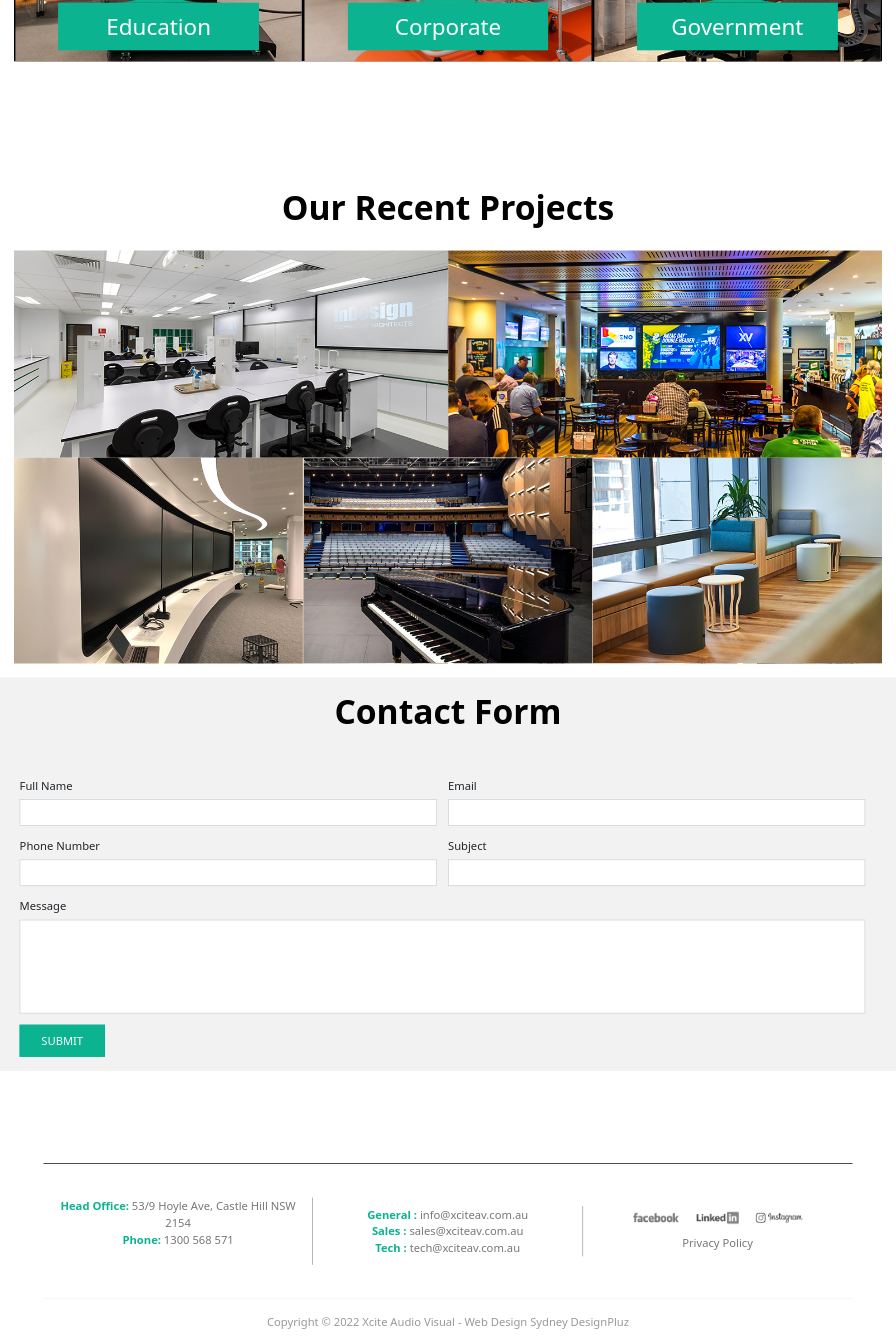
Repository: Imprasna/designplus
Page: index.html
The author's editor kept a copy of each file at every save. The page is drawn from the files as they stood at one save, then again after the next save.
The browser window is 1280 px wide. The pictures show the part of the page from y = 1897 to 3817 px (the page is 3817 px tall before and 3797 px after), at 70% of full size.

Above is the page before, as saved 2022-03-17 00:35:17.

After the next save:
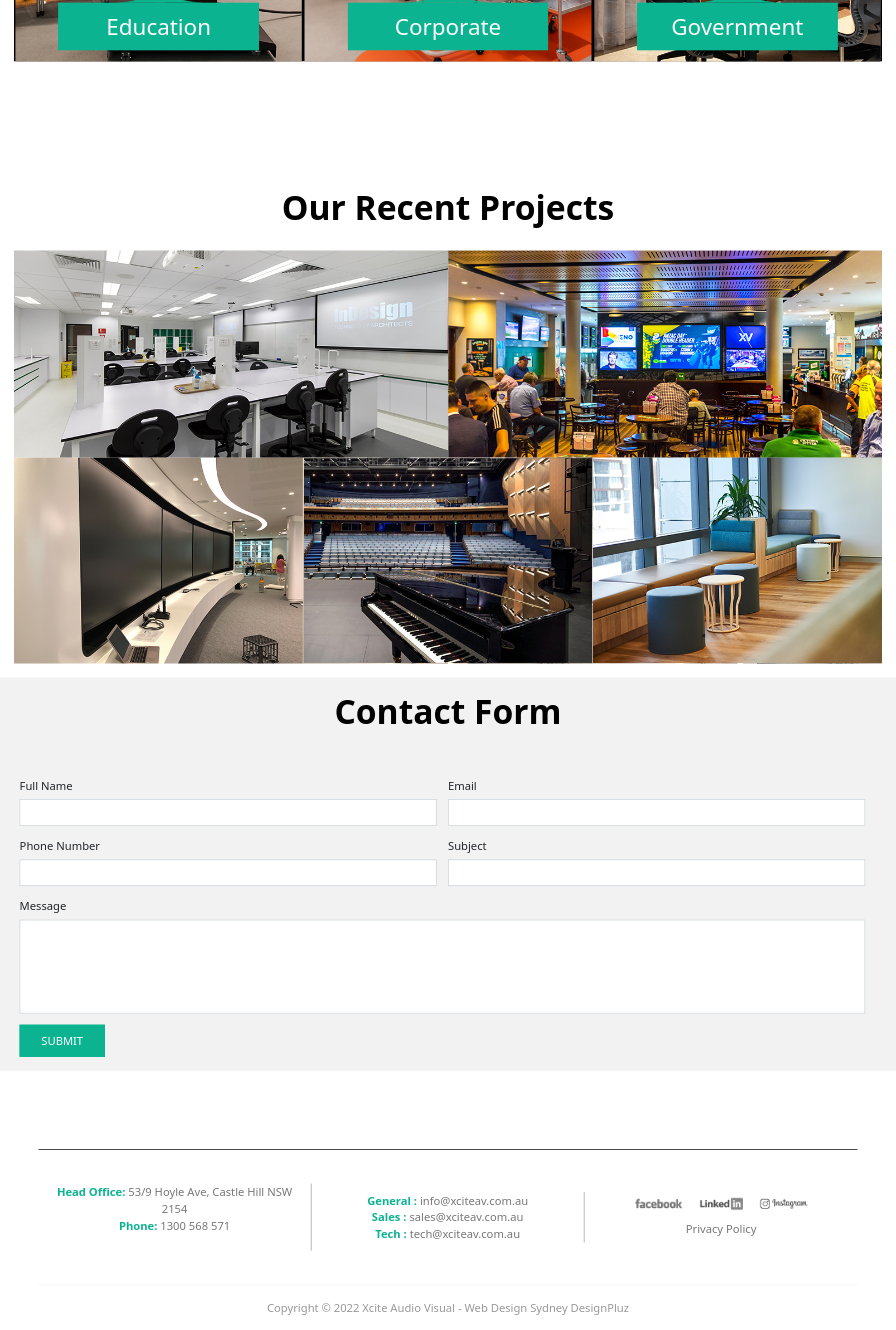
Saved 9 s later.
--- a/style.css
+++ b/style.css
@@ -251,6 +251,8 @@
     transition: all 0.3s;
 }
 
+.container-fluid.contact_sec > .container-fluid > .row > form > .col-12 > button.btn.btn-primary
+
 .container-fluid.footer_sec {
     padding: 20px 20px 0;
     background: #fff;

After the 2 saves that followed:
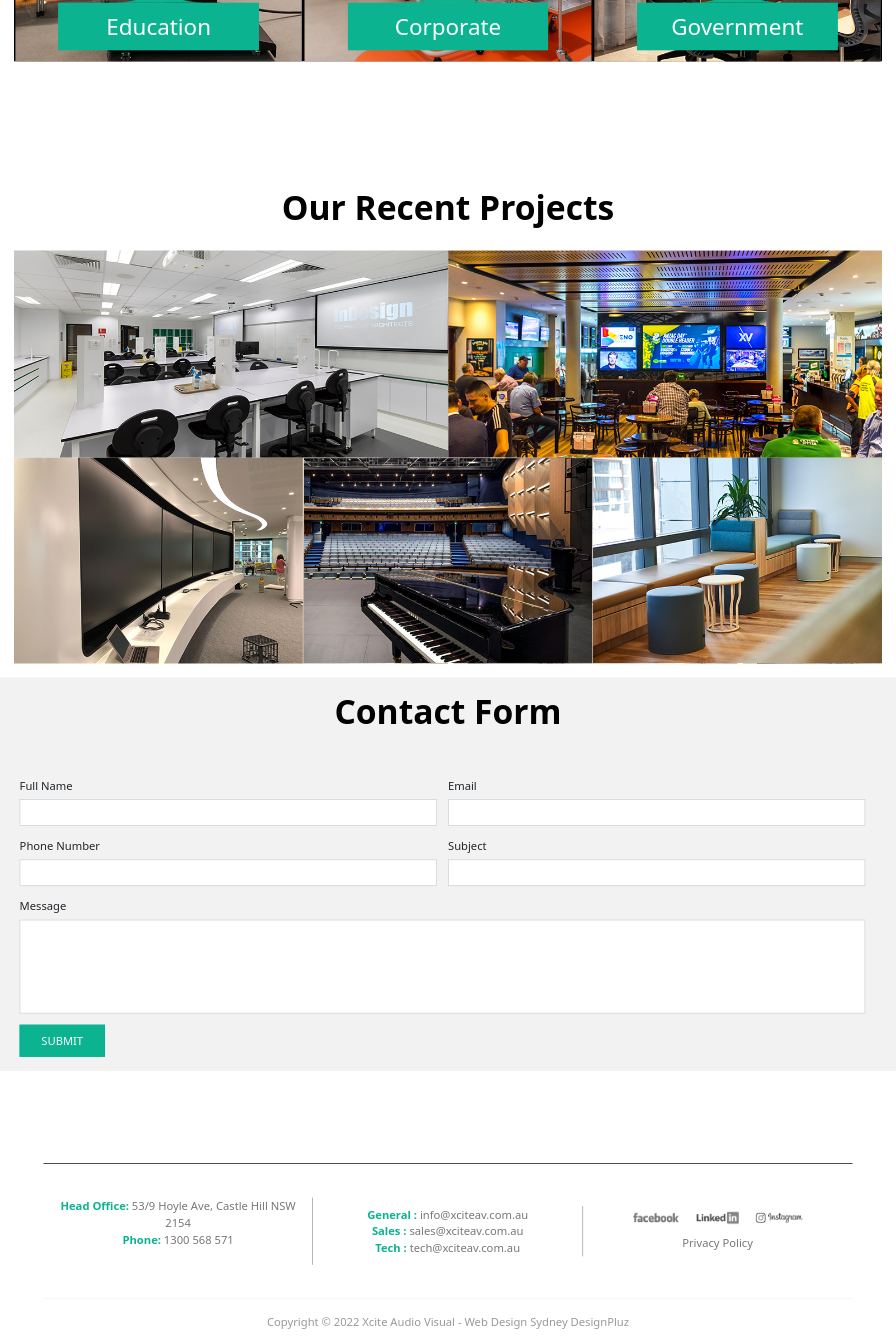
The 2 saves are shown as one change because they came seconds apart.
The last was saved 5 s later.
--- a/style.css
+++ b/style.css
@@ -251,7 +251,9 @@
     transition: all 0.3s;
 }
 
-.container-fluid.contact_sec > .container-fluid > .row > form > .col-12 > button.btn.btn-primary
+.container-fluid.contact_sec > .container-fluid > .row > form > .col-12 > button.btn.btn-primary:hover {
+    bg
+}
 
 .container-fluid.footer_sec {
     padding: 20px 20px 0;
